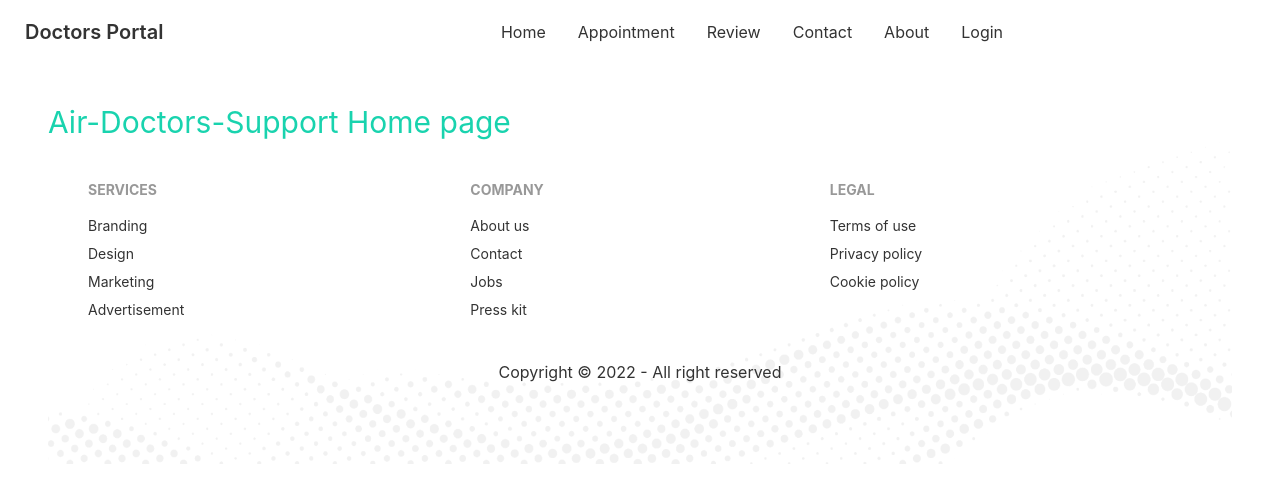
Repository: Devloper-solaiman/Air-Doctors-Support
Page: /
The author's editor kept a copy of each file at every save. The page is drawn from the files as they stood at one save, then again after the next save.
The browser window is 1280 px wide. The pictures show the whole page.
The project was rebuilt for these pictures with package versions that can differ from the ones it lists, and the page was loaded fresh each time. Also part of the build but not shown: src/App.css.

Above is the page before, as saved 2023-02-19 12:52:56.

### public/index.html
<!DOCTYPE html>
<html lang="en">
  <head>
    <meta charset="utf-8" />
    <link rel="icon" href="%PUBLIC_URL%/favicon.ico" />
    <meta name="viewport" content="width=device-width, initial-scale=1" />
    <meta name="theme-color" content="#000000" />
    <meta
      name="description"
      content="Web site created using create-react-app"
    />
    <link rel="apple-touch-icon" href="%PUBLIC_URL%/logo192.png" />
    <!--
      manifest.json provides metadata used when your web app is installed on a
      user's mobile device or desktop. See https://developers.google.com/web/fundamentals/web-app-manifest/
    -->
    <link rel="manifest" href="%PUBLIC_URL%/manifest.json" />
    <!--
      Notice the use of %PUBLIC_URL% in the tags above.
      It will be replaced with the URL of the `public` folder during the build.
      Only files inside the `public` folder can be referenced from the HTML.

      Unlike "/favicon.ico" or "favicon.ico", "%PUBLIC_URL%/favicon.ico" will
      work correctly both with client-side routing and a non-root public URL.
      Learn how to configure a non-root public URL by running `npm run build`.
    -->
    <title>Air-Doctors-Support</title>
  </head>
  <body>
    <noscript>You need to enable JavaScript to run this app.</noscript>
    <div id="root"></div>
    <!--
      This HTML file is a template.
      If you open it directly in the browser, you will see an empty page.

      You can add webfonts, meta tags, or analytics to this file.
      The build step will place the bundled scripts into the <body> tag.

      To begin the development, run `npm start` or `yarn start`.
      To create a production bundle, use `npm run build` or `yarn build`.
    -->
  </body>
</html>

### src/App.js
import { Route, Routes } from 'react-router-dom';
import './App.css';
import Home from './Pages/Home/Home';
import Navbar from './Pages/Shared/Navbar';

function App() {
  return (
    <section>
      <Navbar></Navbar>
      <div className='max-w-7xl mx-auto px-12'>
        <Routes>
          <Route path='/' element={<Home></Home>}></Route>
        </Routes>
      </div>
    </section>
  );
}

export default App;

### src/Pages/Home/Home.js
import React from 'react';
import Footer from '../Shared/Footer';

const Home = () => {
    return (
        <section>
            <h5 className='text-secondary text-3xl mt-10 '>Air-Doctors-Support Home page</h5>
            <Footer></Footer>
        </section>
    );
};

export default Home;

### src/Pages/Shared/Navbar.js
import React from 'react';
import { Link } from 'react-router-dom';
import auth from "./../../fairebase.init";
import { useAuthState } from "react-firebase-hooks/auth"
import { signOut } from 'firebase/auth';

const Navbar = () => {
    const [user] = useAuthState(auth);

    const logout = () => {
        signOut(auth);
    }
    const menuItems = <>
        <li><Link to="/">Home</Link></li>
        <li><Link to="/appointment">Appointment</Link></li>
        <li><Link to="/review">Review</Link></li>
        <li><Link to="/contact">Contact</Link></li>
        <li><Link to="/about">About</Link></li>
        {
            user && <li><Link to="/dashboard">Dashboard</Link></li>
        }
        <li>{user ? <button className='btn btn-ghost' onClick={logout}>Sign Out</button> : <Link to="login">Login</Link>}</li>
    </>

    return (
        <div className="navbar bg-base-100">
            <div className="navbar-start">
                <div className="dropdown">
                    <label tabIndex="0" className="btn btn-ghost lg:hidden">
                        <svg xmlns="http://www.w3.org/2000/svg" className="h-5 w-5" fill="none" viewBox="0 0 24 24" stroke="currentColor"><path strokeLinecap="round" strokeLinejoin="round" strokeWidth="2" d="M4 6h16M4 12h8m-8 6h16" /></svg>
                    </label>
                    <ul tabIndex="0" className="menu menu-compact dropdown-content mt-3 p-2 shadow bg-base-100 rounded-box w-52">
                        {menuItems}
                    </ul>
                </div>
                <p className="btn btn-ghost normal-case text-xl">Doctors Portal</p>
            </div>
            <div className="navbar-center ml-56 hidden lg:flex">
                <ul className="menu menu-horizontal p-0">
                    {menuItems}
                </ul>
            </div>
            <div className="navbar-end">
                <label tabIndex="1" for="dashboard-sidebar" className="btn btn-ghost lg:hidden">
                    <svg xmlns="http://www.w3.org/2000/svg" className="h-5 w-5" fill="none" viewBox="0 0 24 24" stroke="currentColor"><path strokeLinecap="round" strokeLinejoin="round" strokeWidth="2" d="M4 6h16M4 12h8m-8 6h16" /></svg>
                </label>
            </div>
        </div>
    );
};

export default Navbar;

### src/Pages/Shared/Footer.js
import React from 'react';
import footer from '../../assets/images/footer.png'
import { Link } from "react-router-dom";

const Footer = () => {
    return (
        <footer style={{
            background: `url(${footer})`,
            backgroundSize: 'cover'
        }} className="p-10">
            <div className='footer'>
                <div>
                    <span className="footer-title">Services</span>
                    <Link className="link link-hover">Branding</Link>
                    <Link className="link link-hover">Design</Link>
                    <Link className="link link-hover">Marketing</Link>
                    <Link className="link link-hover">Advertisement</Link>
                </div>
                <div>
                    <span className="footer-title">Company</span>
                    <Link className="link link-hover">About us</Link>
                    <Link className="link link-hover">Contact</Link>
                    <Link className="link link-hover">Jobs</Link>
                    <Link className="link link-hover">Press kit</Link>
                </div>
                <div>
                    <span className="footer-title">Legal</span>
                    <Link className="link link-hover">Terms of use</Link>
                    <Link className="link link-hover">Privacy policy</Link>
                    <Link className="link link-hover">Cookie policy</Link>
                </div>
            </div>
            <div className='my-10 text-center'>
                <p>Copyright © 2022 - All right reserved</p>
            </div>
        </footer>
    );
};

export default Footer;

### src/fairebase.init.js
// Import the functions you need from the SDKs you need
import { initializeApp } from "firebase/app";
import { getAuth } from "firebase/auth";
// TODO: Add SDKs for Firebase products that you want to use
// https://firebase.google.com/docs/web/setup#available-libraries

// Your web app's Firebase configuration
const firebaseConfig = {
    apiKey: "AIzaSyBXt798-uZv5EqNzRViJX9cq5wkLiHWpeI",
    authDomain: "air-doctors-support.firebaseapp.com",
    projectId: "air-doctors-support",
    storageBucket: "air-doctors-support.appspot.com",
    messagingSenderId: "111522811062",
    appId: "1:111522811062:web:394e994cc6f9467ed46a17"
};

// Initialize Firebase
const app = initializeApp(firebaseConfig);
const auth = getAuth(app)
export default auth

### tailwind.config.js
/** @type {import('tailwindcss').Config} */
module.exports = {
  content: ["./src/**/*.{html,js}"],
  theme: {
    extend: {},
  },
  daisyui: {
    themes: [
      {
        doctortheme: {
          primary: "#0FCFEC",
          secondary: "#19D3AE",
          accent: "#3A4256",
          neutral: "#3d4451",
          "base-100": "#ffffff",
        },
      },
      "dark",
      "cupcake",
    ],
  },
  plugins: [require("daisyui")],
}

Loaded but not shown: src/index.js (common file); src/index.css (common file); src/reportWebVitals.js (common file)

After the next save:
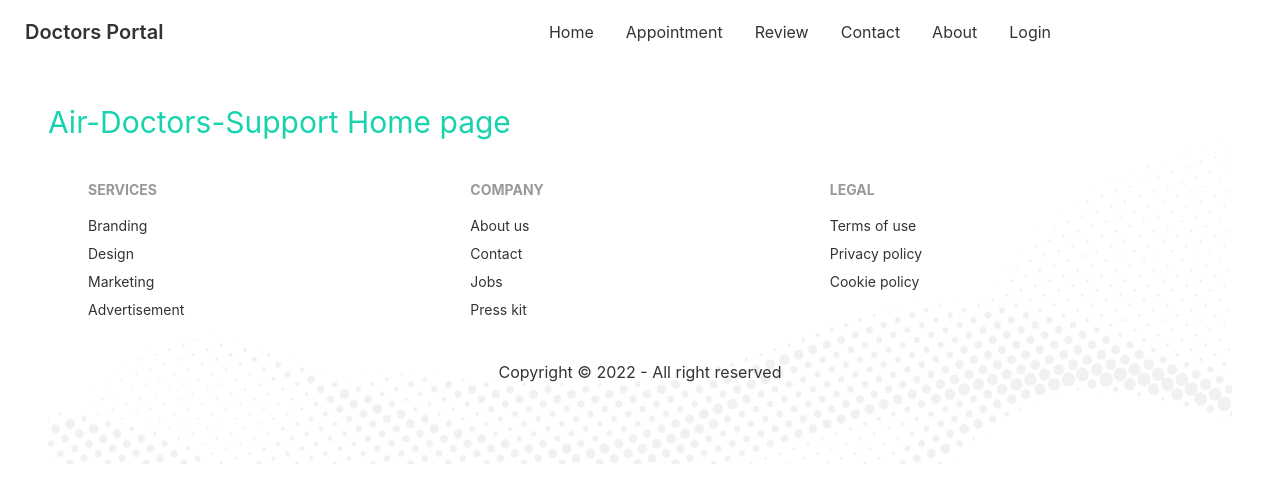
Saved 15 s later.
--- a/src/Pages/Shared/Navbar.js
+++ b/src/Pages/Shared/Navbar.js
@@ -35,7 +35,7 @@ const Navbar = () => {
                 </div>
                 <p className="btn btn-ghost normal-case text-xl">Doctors Portal</p>
             </div>
-            <div className="navbar-center ml-56 hidden lg:flex">
+            <div className="navbar-center ml-80 hidden lg:flex">
                 <ul className="menu menu-horizontal p-0">
                     {menuItems}
                 </ul>
